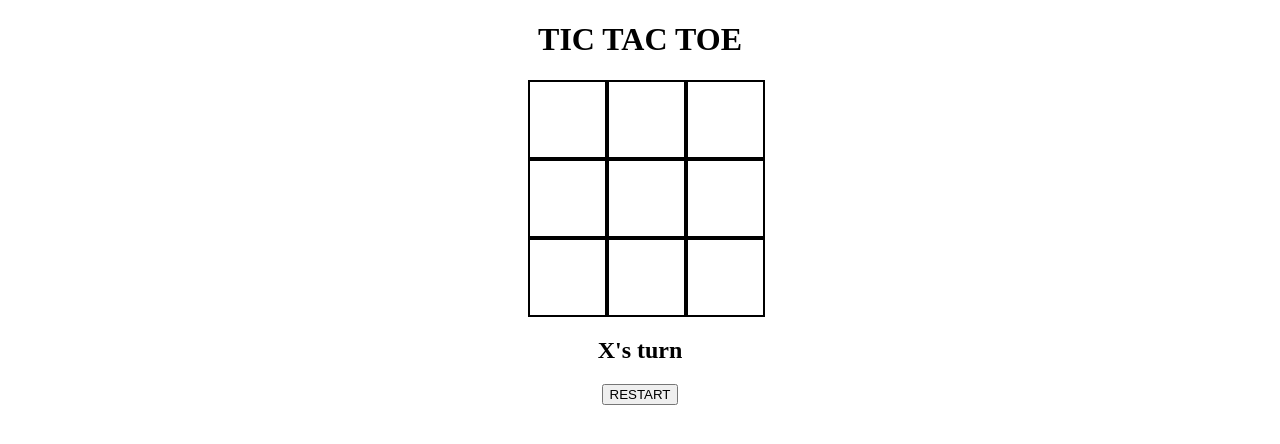
Repository: joeltorcato/TIC.TAC.TOE
Page: index.html
These files come from the project's save history. The page is drawn as it stood at one moment and after the next save; the edit follows.
The browser window is 1280 px wide. The pictures show the whole page.

Above is the page before, as saved 2023-12-30 22:26:08.

### index.html
<!DOCTYPE html>
<html lang="en">
<head>
    <meta charset="UTF-8">
    <meta name="viewport" content="width=device-width, initial-scale=1.0">
    <link rel="stylesheet" href="style.css">
    <title>TIC TAC TOE | JOEL TORCATO</title>
</head>
<body>
    <div id="gameContainer">
        <h1>TIC TAC TOE</h1>
        <div id="cellContainer">
            <div cellIndex="0" class="cell"></div>
            <div cellIndex="1" class="cell"></div>
            <div cellIndex="2" class="cell"></div>
            <div cellIndex="3" class="cell"></div>
            <div cellIndex="4" class="cell"></div>
            <div cellIndex="5" class="cell"></div>
            <div cellIndex="6" class="cell"></div>
            <div cellIndex="7" class="cell"></div>
            <div cellIndex="8" class="cell"></div>
        </div>
        <h2 id="statusText"></h2>
        <button id="restartBtn">RESTART</button>
    </div>
    <script src="index.js"></script>
</body>
</html>

### style.css
/*cell*/
.cell{
    width: 75px;
    height: 75px;
    border: 2px solid;
    box-shadow: 0 0 0 0 2px;
    line-height: 75px;
    font-size: 50px;
    cursor: pointer;
}

#cellContainer{
    display: grid;
    grid-template-columns: repeat(3, auto);
    width: 225px;
    margin: auto;
}

/*game*/
#gameContainer{
    font-family: "Permanent Marker", cursive;
    text-align: center;
}

### index.js
const cells = document.querySelectorAll(".cell");
const statusText = document.querySelector("#statusText");
const restartBtn = document.querySelector("#restartBtn");
const winConditions = [
    [0, 1, 2],
    [3, 4, 5],
    [6, 7, 8],
    [0, 3, 6],
    [1, 4, 7],
    [2, 5, 8],
    [0, 4, 8],
    [2, 4, 6],
];

let options = ["", "", "", "", "", "", "", "", ""];
let currentPlayer = "X";
let running = true;

initializeGame();

function initializeGame() {
    cells.forEach(cell => cell.addEventListener("click", cellClicked));
    restartBtn.addEventListener("click", restartGame);
    updateStatusText();
}

function cellClicked() {
    const cellIndex = parseInt(this.getAttribute("cellIndex"));

    if (options[cellIndex] !== "" || !running) {
        return;
    }

    updateCell(this, cellIndex);
    checkWinner();
    changePlayer();
}

function updateCell(cell, index) {
    options[index] = currentPlayer;
    cell.textContent = currentPlayer;
}

function changePlayer() {
    currentPlayer = currentPlayer === "X" ? "O" : "X";
    updateStatusText();
}

function checkWinner() {
    for (let i = 0; i < winConditions.length; i++) {
        const [a, b, c] = winConditions[i];
        const cellA = options[a];
        const cellB = options[b];
        const cellC = options[c];

        if (cellA === currentPlayer && cellB === currentPlayer && cellC === currentPlayer) {
            announceWinner();
            return;
        }
    }

    if (!options.includes("")) {
        statusText.textContent = "Draw!";
        running = false;
    }
}

function announceWinner() {
    statusText.textContent = `${currentPlayer} wins!`;
    running = false;
}

function restartGame() {
    options = ["", "", "", "", "", "", "", "", ""];
    currentPlayer = "X";
    running = true;

    cells.forEach(cell => {
        cell.textContent = "";
    });

    updateStatusText();
}

function updateStatusText() {
    statusText.textContent = `${currentPlayer}'s turn`;
}

After the next save:
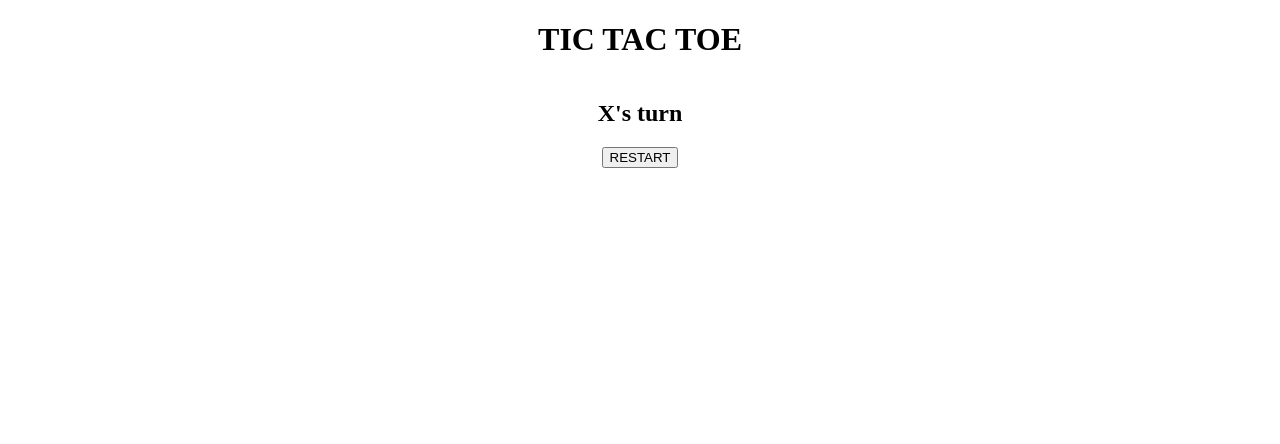
Saved 10 h 32 min later.
--- a/index.html
+++ b/index.html
@@ -9,16 +9,8 @@
 <body>
     <div id="gameContainer">
         <h1>TIC TAC TOE</h1>
-        <div id="cellContainer">
-            <div cellIndex="0" class="cell"></div>
-            <div cellIndex="1" class="cell"></div>
-            <div cellIndex="2" class="cell"></div>
-            <div cellIndex="3" class="cell"></div>
-            <div cellIndex="4" class="cell"></div>
-            <div cellIndex="5" class="cell"></div>
-            <div cellIndex="6" class="cell"></div>
-            <div cellIndex="7" class="cell"></div>
-            <div cellIndex="8" class="cell"></div>
+        <div id="cellContainer" class="grid-container">
+            <!-- Cells will be dynamically generated here -->
         </div>
         <h2 id="statusText"></h2>
         <button id="restartBtn">RESTART</button>
